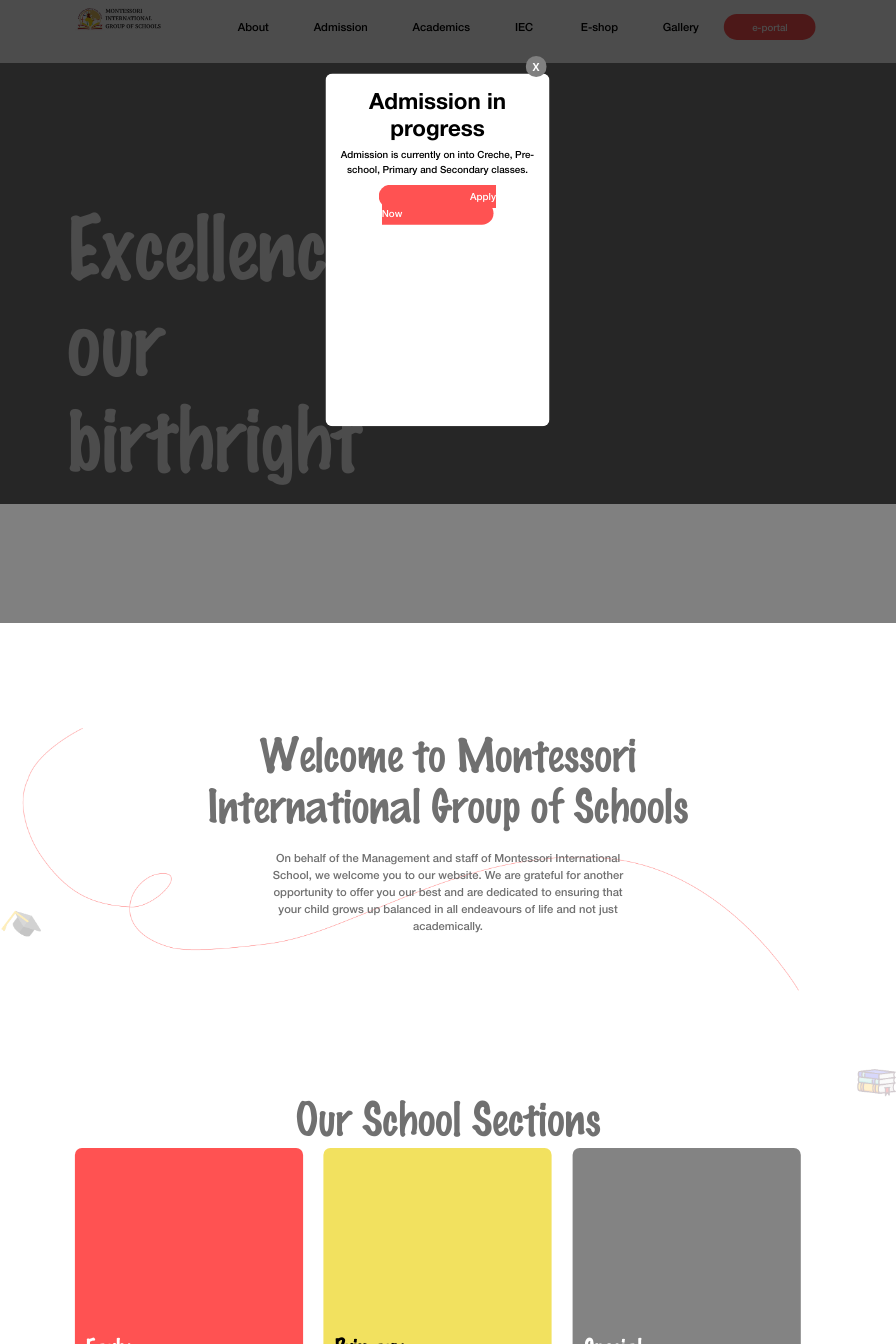
Repository: sarahnnanyelugo/MIGS
Page: /
The author's editor kept a copy of each file at every save. The page is drawn from the files as they stood at one save, then again after the next save.
The browser window is 1280 px wide. The pictures show the part of the page from y = 0 to 1920 px (the page is 6456 px tall before and 6414 px after), at 70% of full size.
The project was rebuilt for these pictures with package versions that can differ from the ones it lists, and the page was loaded fresh each time.

Above is the page before, as saved 2023-05-30 17:28:42.

### src/index.js
import React from "react";
import ReactDOM from "react-dom/client";
import "./index.css";
import App from "./App";
import reportWebVitals from "./reportWebVitals";
import "bootstrap/dist/css/bootstrap.min.css";
import { BrowserRouter, Routes, Route, Link, Outlet } from "react-router-dom";
const root = ReactDOM.createRoot(document.getElementById("root"));
root.render(
  <BrowserRouter>
    <App />
  </BrowserRouter>
);

// If you want to start measuring performance in your app, pass a function
// to log results (for example: reportWebVitals(console.log))
// or send to an analytics endpoint. Learn more: https://bit.ly/CRA-vitals
reportWebVitals();

### src/App.js
import logo from "./logo.svg";
import "./App.scss";
import "bootstrap/dist/css/bootstrap.min.css";
import { BrowserRouter, Routes, Route, Link, Outlet } from "react-router-dom";
import Home from "./pages/Home/Home";
import ScrollToTop from "./components/scrollToTop";
import NavBar from "./components/NavBar/NavBar";
function App() {
  return (
    <>
      <ScrollToTop />
      <NavBar />
      <Routes>
        {" "}
        <Route path="/" element={<Home />} />
        {/* <Route path="tech-hub-page" element={<TechHub />} />
        <Route path="team-hire" element={<TeamHire />} />
        <Route path="hire-page" element={<HiringPage />} /> */}
      </Routes>
    </>
  );
}

export default App;

### src/App.scss
@font-face {
  font-family: maker;
  src: url(./assets/fonts/marker-felt/Marker-Felt.ttf);
}
@font-face {
  font-family: helveticaB;
  src: url(./assets/fonts/helvetica/HelveticaNeueBold.ttf);
}
@font-face {
  font-family: helveticaM;
  src: url(./assets/fonts/helvetica/HelveticaNeueMedium.ttf);
}
@font-face {
  font-family: helveticaR;
  // src: url(./assets/fonts/helvetica/HelveticaNeueRegular.ttf);
  src: url(./assets/fonts/helvetica/HelveticaNeue-Extended.otf);
}

h1,
h2,
h3,
h4,
h5,
h6 {
  font-family: maker;
}

### src/components/NavBar/NavBar.jsx
import React, { useEffect, useState, useRef } from "react";
import { Link, NavLink } from "react-router-dom";
import "./_navbar.scss";
import { useLocation } from "react-router-dom";
// import Icofont from "react-icofont";
import Logo from "../../assets/images/logo2.png";

function NavBar() {
  return (
    <>
      <div className="nav-container col-md-10 offset-md-1">
        {" "}
        <div className=" col-md-1 tech-logo-div">
          {" "}
          <img className="tech-logo" src={Logo} alt="Scholar" width="60%" />
        </div>
        <ul className="list-inline list-unstyled ">
          <li className="list-inline-item">
            <NavLink className="tech-links cool-link" to={"/"}>
              About
            </NavLink>
          </li>
          <li className="list-inline-item">
            <NavLink className="tech-links cool-link">Admission</NavLink>
          </li>
          <li className="list-inline-item">
            <NavLink className="tech-links cool-link">Academics</NavLink>
          </li>
          <li className="list-inline-item">
            <NavLink className="tech-links cool-link">IEC</NavLink>
          </li>{" "}
          <li className="list-inline-item">
            <NavLink className="tech-links cool-link">E-shop</NavLink>
          </li>
          <li className="list-inline-item">
            <NavLink className="tech-links cool-link">Gallery</NavLink>
          </li>
          <li className="list-inline-item">
            <button className="nav-btn">e-portal</button>
          </li>
          <li>
            <div class="mobile-container "></div>
          </li>
        </ul>
      </div>
    </>
  );
}

export default NavBar;

### src/components/AppModal/AppModal.js
import "./_app-modal.scss";

// import ModalImg from "../../assets/read2.png";
// import SampleLogo from "../../assets/wellspring.png";

import React, { useEffect, useRef, useState } from "react";

export const AppModal = () => {
  const [showActive, setShowActive] = useState(false);
  const modalContainer = useRef(null);
  const bodyTag = useRef(null);

  useEffect(() => {
    setTimeout(() => {
      // modalContainer.addClass("two");
      // document.body.addClass("modal-active");
      setShowActive(true);
      // modalContainer.click(function () {
      // setShowActive(false);
      // this.addClass("out");
      // document.body.removeClass("modal-active");
      // });
    }, 2000);
  }, []);
  const setThisShowActive = () => {
    setShowActive(!showActive);
  };
  return (
    <>
      <div
        className={`col-md-2 my-app-modal-container ${
          showActive ? "modal-active" : ""
        }`}
      >
        <div
          ref={modalContainer}
          className={`col-md-12 ${showActive ? "two" : ""}`}
          id="modal-container"
        >
          <div className="modal-background col-md-12">
            <button onClick={setThisShowActive} className="close-btn">
              {/* <i class="icofont-close">x</i> */}X
            </button>

            <div className="modal col-md-10">
              <div className="col-md-12 ">
                <h2>Admission in progress</h2>
                <p>
                  Admission is currently on into Creche, Pre-school, Primary and
                  Secondary classes.
                </p>
                <buttton className="app-btn col-md-12">Apply Now</buttton>
              </div>{" "}
            </div>
          </div>
        </div>
      </div>
    </>
  );
};

### src/pages/Home/home.scss
@import "../../variables";
@import "../../shared-styles";
.landing-img {
  position: relative;
  text-align: left;
  color: #fff;
  height: 800px;
  background-color: grey;
  @media screen and (max-width: 620px) {
    text-align: center;
  }
}
.centered {
  position: absolute;
  top: 50%;
  left: 20%;

  transform: translate(-50%, -50%);
  h1 {
    font-size: 114px !important;
    @media screen and (max-width: 620px) {
      font-size: 64px !important;
      margin-left: 120px;
    }
  }
}
.welcome-header {
  color: #707070;

  h1 {
    font-size: 60px;
  }
}
.welcome-paragraph {
  p {
    color: #707070;
    font-family: helveticaM;
  }
}
.welcome-div {
  height: 800px;
  background: url("../../assets/images/curly.png");
  background-size: contain;
  background-repeat: no-repeat;
}
.section-div {
  margin-top: -280px;

  h1 {
    font-size: 60px;
    color: #707070;
  }
}
.sections-container {
  position: relative;
  text-align: center;
  margin-bottom: 50px;
  border-radius: 10px;
  height: 358px;
}
.bottom-left {
  position: absolute;
  bottom: 8px;
  left: 16px;
}
.early-years {
  background: #ff5252;
  color: #fff;
}
.primary {
  background: #f2e15f;
  color: #000;
}
.special {
  background: #838383;
  color: #fff;
}
.junior {
  background: #2ebbef;
  color: #fff;
}
.senior {
  background: #30eaa9;
  color: #000;
}
.birthright-div {
  background: url("../../assets/images/pink-bg.png");
  background-size: cover;
  background-repeat: no-repeat;
  padding: 60px 0;
  margin: 100px 0;
  h1 {
    margin-bottom: 20px;
  }
  span {
    color: $red;
    font-size: 60px;
  }
  color: #707070;
  p {
    font-family: helveticaM;
    margin-bottom: 100px;
  }
  .img-div {
    height: 487px;
    border-radius: 10px;
    background: #fff;
  }
}
.stats-div {
  background: #554907;
  padding: 50px 0;
  h1 {
    color: #fff;
    font-size: 60px;
    // margin-bottom: 40px;
  }
  .stats {
    h1 {
      color: #fff;
      font-size: 70px;
      font-family: helveticaB;
    }
    p {
      color: #fff;
      font-family: helveticaM;
    }
  }
}
.news-div {
  margin-bottom: 50px;
  .img-div2 {
    background: #ede6e6;
    border-radius: 10px;
    height: 256px;
  }
  .news-details {
    padding: 0 0 0 20px;
    h4 {
      font-family: helveticaM;
      margin: 20px 0;
    }
    button {
      border: none;
      width: 72px;
      height: 30px;
      font-size: 13px;
      font-family: helveticaM;
      border-radius: 35px;
    }
    p {
      font-family: helveticaM;
      color: #414040;
      font-size: 15px;
    }
    small {
      font-size: 13px;
      color: #707070;
    }
    .holidays {
      background: #c6ddf4;
      color: #0b66c1;
    }
    .events {
      background: #f6f7be;
      color: #d3bd13;
    }
  }
}
.events-container {
  height: 149px;
  background: #ede6e6;
  width: 164px;
  border-radius: 20px;
  padding-top: 22px;
  h1 {
    font-family: helveticaM;
  }
  small {
    font-family: helveticaR;
    color: #414040;
  }
}
.upcoming-div {
  p {
    font-family: helveticaR;
    font-size: 20px;
    margin-top: 20px;
    line-height: 22px;
  }
}
.pictures-container {
  background: #fbe5e5;
  padding: 50px 0;
  h1 {
    font-size: 60px;
    color: #6c6868;
  }
  span {
    font-size: 70px;
    color: $red;
  }
  .img-div2 {
    background: #fff;
    border-radius: 20px;
    height: 250px;
  }
  .img-div {
    background: #fff;
    border-radius: 20px;
    height: 550px;
  }
}

### src/pages/Home/Events.js
import React from "react";

function Events({ day, year, month }) {
  return (
    <div className="events-container">
      <center>
        <small>{month}</small>
        <h1>{day}</h1>
        <small>{year}</small>
      </center>
    </div>
  );
}

export default Events;

### src/components/NavBar/_navbar.scss
@import "../../variables";
@import "../../shared-styles";

.nav-container {
  display: flex;
  padding-top: 20px;
  position: relative;
  z-index: 2 !important;
  padding-bottom: 0;
  height: 90px;
  background-color: #fff !important;
  ul li {
    margin-top: 0px !important;
  }
  .nav-btn {
    @include app-btn;
    padding: 8px 40px;
    // margin-top: 0 !important;
    border: none;
    @media screen and (max-width: 620px) {
      display: none;
    }
  }
  .tech-logo-div {
    flex-grow: 1 !important;
    margin-top: -10px;
  }
  .tech-links {
    color: #000;
    text-decoration: none;
    font-family: helveticaM;
    margin: 0px 28px !important;
    &:hover {
      color: $red;
    }
    @media screen and (max-width: 620px) {
      display: none;
    }
  }
}

### src/components/AppModal/_app-modal.scss
@import "../../variables";
@import "../../shared-styles";

.my-app-modal-container {
  position: relative;
  z-index: 3000 !important;
  .close-btn {
    right: 39% !important;
    background: grey !important;
    border-radius: 100%;
    position: relative;
    float: right;
    height: 30px !important;
    width: 30px !important;
    font-size: 15px;
    font-weight: bold;
    color: #fff !important;
    margin-top: -25px;

    background: transparent;
    border: none;
    z-index: 4000;
    &:hover {
      color: $lightblue !important;
    }
    @media screen and (max-width: 620px) {
      right: 5% !important;
      margin-top: 20px;
    }
  }
  * {
    box-sizing: border-box;
  }

  html,
  body,
  .my-app-modal-container {
    min-height: 100%;
    height: 100%;

    &.modal-active {
      overflow: hidden;
    }
  }

  #modal-container {
    position: fixed;
    display: table;
    height: 100%;
    width: 100%;
    top: 0;
    left: 0;
    transform: scale(0);
    z-index: 1;

    &.two {
      transform: scale(1);
      .modal-background {
        background: rgba(0, 0, 0, 0);
        animation: fadeIn 0.5s cubic-bezier(0.165, 0.84, 0.44, 1) forwards;
        .modal {
          opacity: 0;
          animation: scaleUp 1s cubic-bezier(0.165, 0.84, 0.44, 1) forwards;
          background: #fff !important;
          border-radius: 10px;
          width: 25%;
          height: 70%;
          top: 0px;
          padding: 20px;
          @media screen and (max-width: 620px) {
            height: fit-content;
            width: 90%;
            top: 70px;
          }
          color: black;

          p {
            text-align: center !important;
            font-family: helveticaM;
            font-size: 14px;
          }
          h2 {
            font-family: helveticaB;
          }
        }
      }
      + .content {
        animation: scaleBack 0.5s cubic-bezier(0.165, 0.84, 0.44, 1) forwards;
      }
      &.out {
        animation: quickScaleDown 0s 0.5s linear forwards;
        .modal-background {
          animation: fadeOut 0.5s cubic-bezier(0.165, 0.84, 0.44, 1) forwards;
          .modal {
            animation: scaleDown 0.5s cubic-bezier(0.165, 0.84, 0.44, 1)
              forwards;
          }
        }
        + .content {
          animation: scaleForward 0.5s cubic-bezier(0.165, 0.84, 0.44, 1)
            forwards;
        }
      }
    }

    .modal-background {
      display: table-cell;
      background: rgba(0, 0, 0, 0.6);
      text-align: center;
      vertical-align: middle;
      .modal {
        background: white;
        padding: 30px 0;
        display: inline-block;
        position: relative;

        .modal-svg {
          position: absolute;
          top: 0;
          left: 0;
          height: 100%;
          width: 100%;
          border-radius: 3px;
          rect {
            stroke: #fff;
            stroke-width: 2px;
            stroke-dasharray: 778;
            stroke-dashoffset: 778;
          }
        }
      }
    }
  }

  @keyframes unfoldIn {
    0% {
      transform: scaleY(0.005) scaleX(0);
    }
    50% {
      transform: scaleY(0.005) scaleX(1);
    }
    100% {
      transform: scaleY(1) scaleX(1);
    }
  }

  @keyframes unfoldOut {
    0% {
      transform: scaleY(1) scaleX(1);
    }
    50% {
      transform: scaleY(0.005) scaleX(1);
    }
    100% {
      transform: scaleY(0.005) scaleX(0);
    }
  }

  @keyframes zoomIn {
    0% {
      transform: scale(0);
    }
    100% {
      transform: scale(1);
    }
  }

  @keyframes zoomOut {
    0% {
      transform: scale(1);
    }
    100% {
      transform: scale(0);
    }
  }

  @keyframes fadeIn {
    0% {
      background: rgba(0, 0, 0, 0);
    }
    100% {
      background: rgba(0, 0, 0, 0.7);
    }
  }

  @keyframes fadeOut {
    0% {
      background: rgba(0, 0, 0, 0.7);
    }
    100% {
      background: rgba(0, 0, 0, 0);
    }
  }

  @keyframes scaleUp {
    0% {
      transform: scale(0.8) translateY(1000px);
      opacity: 0;
    }
    100% {
      transform: scale(1) translateY(0px);
      opacity: 1;
    }
  }

  @keyframes scaleDown {
    0% {
      transform: scale(1) translateY(0px);
      opacity: 1;
    }
    100% {
      transform: scale(0.8) translateY(1000px);
      opacity: 0;
    }
  }

  @keyframes scaleBack {
    0% {
      transform: scale(1);
    }
    100% {
      transform: scale(0.85);
    }
  }

  @keyframes scaleForward {
    0% {
      transform: scale(0.85);
    }
    100% {
      transform: scale(1);
    }
  }

  @keyframes quickScaleDown {
    0% {
      transform: scale(1);
    }
    99.9% {
      transform: scale(1);
    }
    100% {
      transform: scale(0);
    }
  }

  @keyframes slideUpLarge {
    0% {
      transform: translateY(0%);
    }
    100% {
      transform: translateY(-100%);
    }
  }

  @keyframes slideDownLarge {
    0% {
      transform: translateY(-100%);
    }
    100% {
      transform: translateY(0%);
    }
  }

  @keyframes moveUp {
    0% {
      transform: translateY(150px);
    }
    100% {
      transform: translateY(0);
    }
  }

  @keyframes moveDown {
    0% {
      transform: translateY(0px);
    }
    100% {
      transform: translateY(150px);
    }
  }

  @keyframes blowUpContent {
    0% {
      transform: scale(1);
      opacity: 1;
    }
    99.9% {
      transform: scale(2);
      opacity: 0;
    }
    100% {
      transform: scale(0);
    }
  }

  @keyframes blowUpContentTwo {
    0% {
      transform: scale(2);
      opacity: 0;
    }
    100% {
      transform: scale(1);
      opacity: 1;
    }
  }

  @keyframes blowUpModal {
    0% {
      transform: scale(0);
    }
    100% {
      transform: scale(1);
    }
  }

  @keyframes blowUpModalTwo {
    0% {
      transform: scale(1);
      opacity: 1;
    }
    100% {
      transform: scale(0);
      opacity: 0;
    }
  }

  @keyframes roadRunnerIn {
    0% {
      transform: translateX(-1500px) skewX(30deg) scaleX(1.3);
    }
    70% {
      transform: translateX(30px) skewX(0deg) scaleX(0.9);
    }
    100% {
      transform: translateX(0px) skewX(0deg) scaleX(1);
    }
  }

  @keyframes roadRunnerOut {
    0% {
      transform: translateX(0px) skewX(0deg) scaleX(1);
    }
    30% {
      transform: translateX(-30px) skewX(-5deg) scaleX(0.9);
    }
    100% {
      transform: translateX(1500px) skewX(30deg) scaleX(1.3);
    }
  }

  @keyframes sketchIn {
    0% {
      stroke-dashoffset: 778;
    }
    100% {
      stroke-dashoffset: 0;
    }
  }

  @keyframes sketchOut {
    0% {
      stroke-dashoffset: 0;
    }
    100% {
      stroke-dashoffset: 778;
    }
  }

  @keyframes modalFadeIn {
    0% {
      background-color: transparent;
    }
    100% {
      background-color: white;
    }
  }

  @keyframes modalFadeOut {
    0% {
      background-color: white;
    }
    100% {
      background-color: transparent;
    }
  }

  @keyframes modalContentFadeIn {
    0% {
      opacity: 0;
      top: -20px;
    }
    100% {
      opacity: 1;
      top: 0;
    }
  }

  @keyframes modalContentFadeOut {
    0% {
      opacity: 1;
      top: 0px;
    }
    100% {
      opacity: 0;
      top: -20px;
    }
  }

  @keyframes bondJamesBond {
    0% {
      transform: translateX(1000px);
    }
    80% {
      transform: translateX(0px);
      border-radius: 75px;
      height: 75px;
      width: 75px;
    }
    90% {
      border-radius: 3px;
      height: 182px;
      width: 247px;
    }
    100% {
      border-radius: 3px;
      height: 162px;
      width: 227px;
    }
  }

  @keyframes killShot {
    0% {
      transform: translateY(0) rotate(0deg);
      opacity: 1;
    }
    100% {
      transform: translateY(300px) rotate(45deg);
      opacity: 0;
    }
  }

  @keyframes fadeToRed {
    0% {
      background-color: rgba(black, 0.6);
    }
    100% {
      background-color: rgba(red, 0.8);
    }
  }

  @keyframes slowFade {
    0% {
      opacity: 1;
    }
    99.9% {
      opacity: 0;
      transform: scale(1);
    }
    100% {
      transform: scale(0);
    }
  }
}

### src/_variables.scss
$yellow: rgb(255, 210, 16);
$red: #ff5252;
$skyblue: rgb(83, 180, 242);
$lightblue: rgb(12, 99, 177);
$lightblue2: rgb(12, 88, 160);
$lighterblue: rgb(211, 236, 252);
$deepblue2: rgb(0, 79, 157);
$mainblue: rgb(1, 71, 141);

@mixin app-btn {
  color: #fff;
  border-radius: 35px;
  padding: 8px 130px;
  font-size: 14px;
  background: $red;
  @media screen and (max-width: 620px) {
    padding: 8px 100px;
  }
  font-family: helveticaM;
  &:hover {
    background: #c90e0e;
    transition: 0.5s ease;
  }
}

### src/_shared-styles.scss
@import "./variables";

@media screen and (max-width: 620px) {
  .flexyM {
    display: flex !important;
  }
  .side-menu {
    display: none !important;
  }
  .page-body {
    padding: 20px;
  }

  .dn {
    display: none;
  }
  .holder img {
    height: 200px;
    margin-top: 40px !important;
  }
  .overlay {
    bottom: -30px !important;
  }
  .m-margin {
    margin-top: 0 !important;
    margin-bottom: 0 !important;
  }
  .navigations {
    display: none;
  }
  .breadcrum {
    margin-top: 350px !important;
  }
}
@media screen and (min-width: 620px) {
  .flexy {
    display: flex;
  }
  .spread {
    display: flex;
  }
  // {
  //   display:none;
  // }
}

/* Container needed to position the overlay. Adjust the width as needed */
.holder {
  position: relative;
  width: 100%;
}

.side-nav2 {
  @media screen and (max-width: 620px) {
    padding: 0 10px 0;
  }
}
.br {
  border-radius: 10px;
}
.mt1 {
  margin-top: 10px;
}
.mt2 {
  margin-top: 20px;
}
.mt3 {
  margin-top: 30px;
}
.mt4 {
  margin-top: 40px;
}
.mt5 {
  margin-top: 50px;
}
.mt6 {
  margin-top: 60px;
}
.mt7 {
  margin-top: 70px;
}
.mt8 {
  margin-top: 80px;
}
.mt9 {
  margin-top: 90px;
}
.mt {
  margin-top: 120px;
}
.mtt {
  margin-top: 150px;
}
.mr1 {
  margin-right: 10px;
}
.mr2 {
  margin-right: 20px;
}
.mr3 {
  margin-right: 30px;
}
.mr4 {
  margin-right: 40px;
}
.mr5 {
  margin-right: 50px;
}
.mr6 {
  margin-right: 60px;
}
.mr7 {
  margin-right: 70px;
}
.mb1 {
  margin-bottom: 10px;
}
.mb2 {
  margin-bottom: 20px;
}
.mb3 {
  margin-bottom: 30px;
}
.mb4 {
  margin-bottom: 40px;
}
.mb5 {
  margin-bottom: 50px;
}
.mb6 {
  margin-bottom: 60px;
}
.ml2 {
  margin-left: 20px;
}
.ml3 {
  margin-left: 30px;
}
.ml4 {
  margin-left: 40px;
}
.ml5 {
  margin-left: 50px;
}
.ml6 {
  margin-left: 60px;
}

.app-btn {
  @include app-btn;
  width: 100% !important;
}
.tac {
  text-align: center;
}
.normal-link {
  font-family: helveticaM;
  color: black !important;
  text-decoration: none;
}

Loaded but not shown: public/index.html (common file); src/index.css (common file); src/reportWebVitals.js (common file); src/components/scrollToTop.js (common file); src/pages/Home/Home.js (360 lines, source omitted)

After the next save:
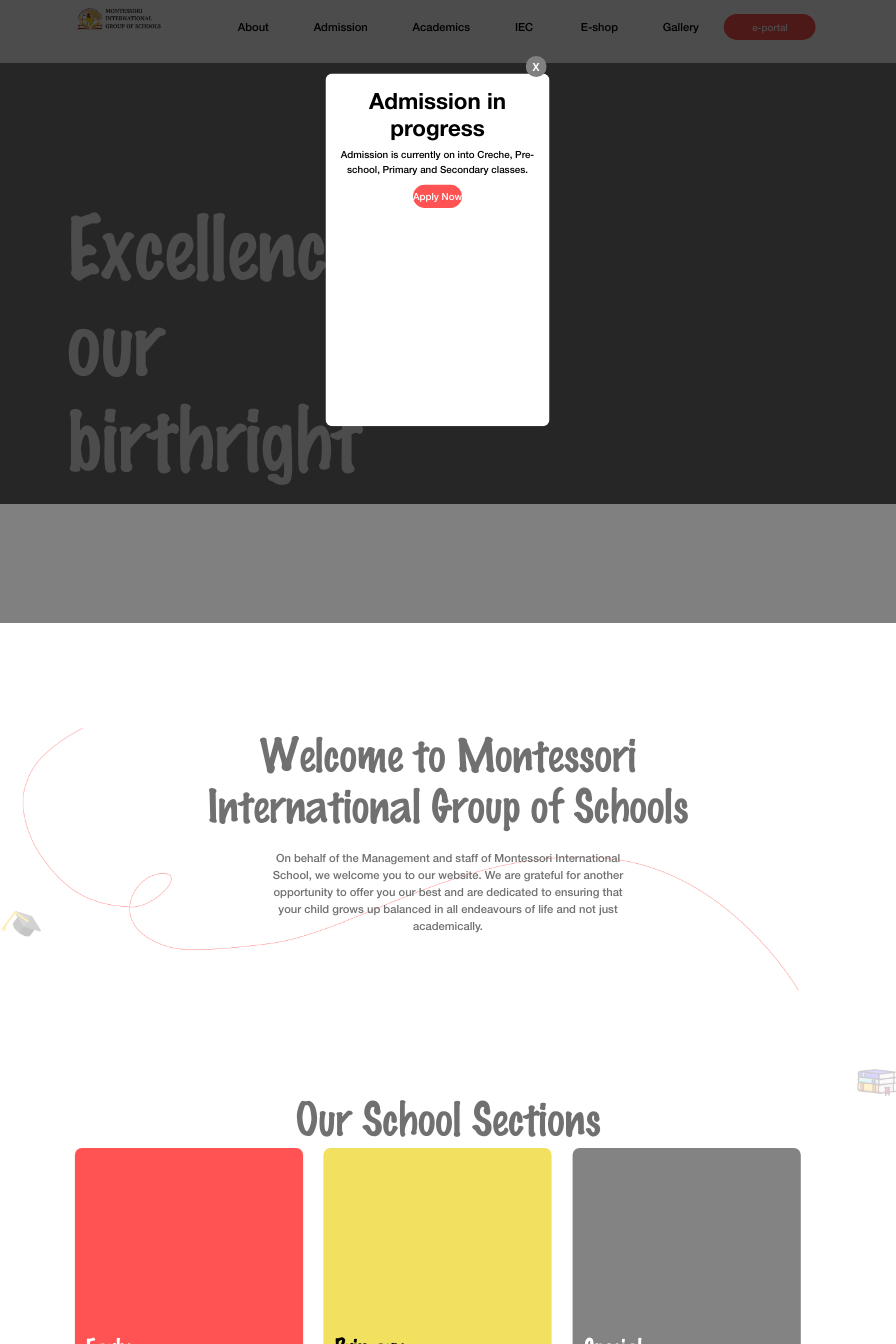
Saved 34 s later.
--- a/src/_variables.scss
+++ b/src/_variables.scss
@@ -10,7 +10,7 @@
 @mixin app-btn {
   color: #fff;
   border-radius: 35px;
-  padding: 8px 130px;
+  padding: 8px 0px;
   font-size: 14px;
   background: $red;
   @media screen and (max-width: 620px) {
